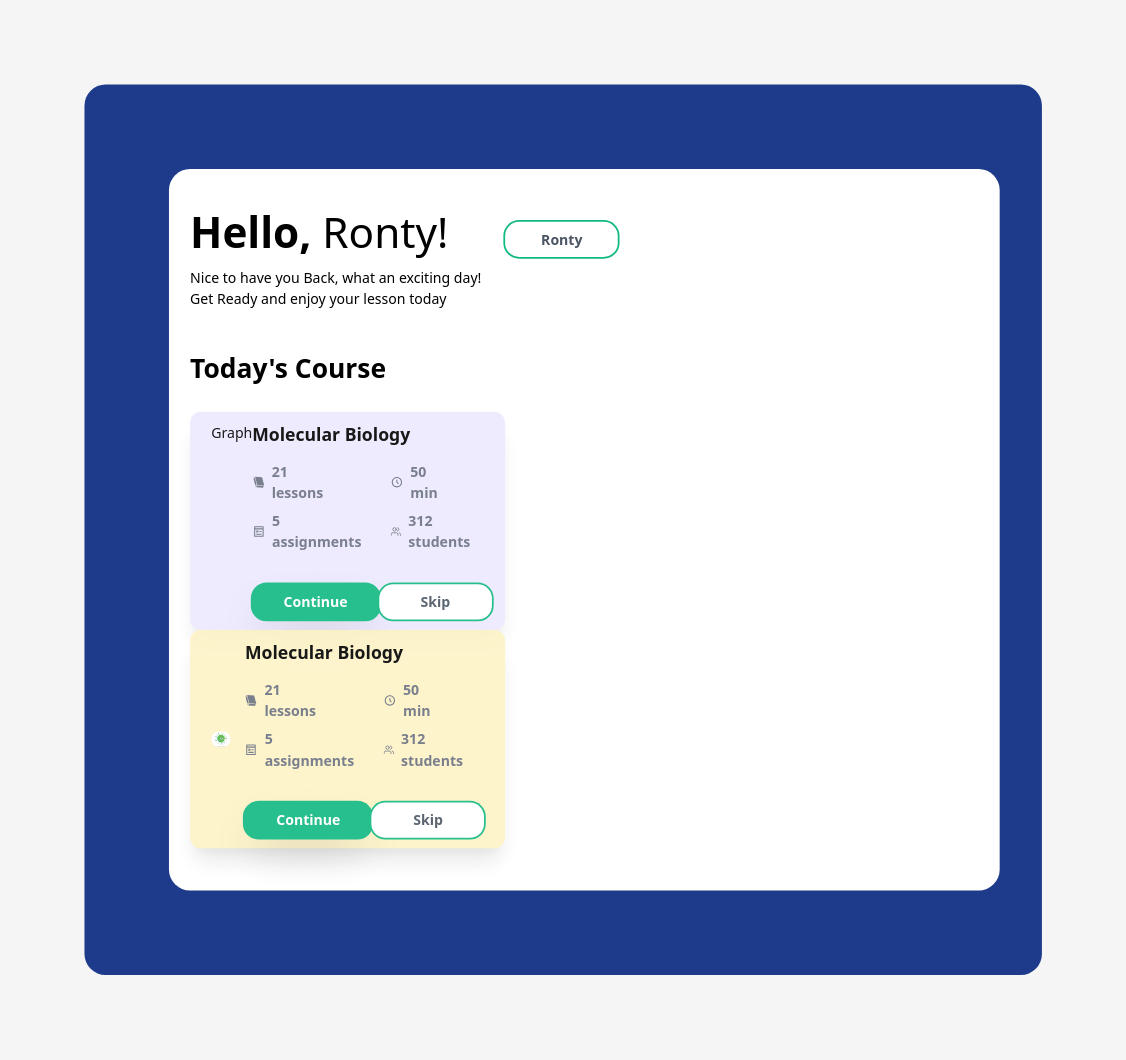
Repository: coolronts/Vite-Tailwind
Page: /
An editor plug-in stored every save of this project. The page is shown before and after the next save, followed by the edit.
The browser window is 1280 px wide. The pictures show the whole page, at 88% of full size.
The project was rebuilt for these pictures with package versions that can differ from the ones it lists, and the page was loaded fresh each time. Also part of the build but not shown: vite.config.js.

Above is the page before, as saved 2021-11-26 13:57:46.

After the next save:
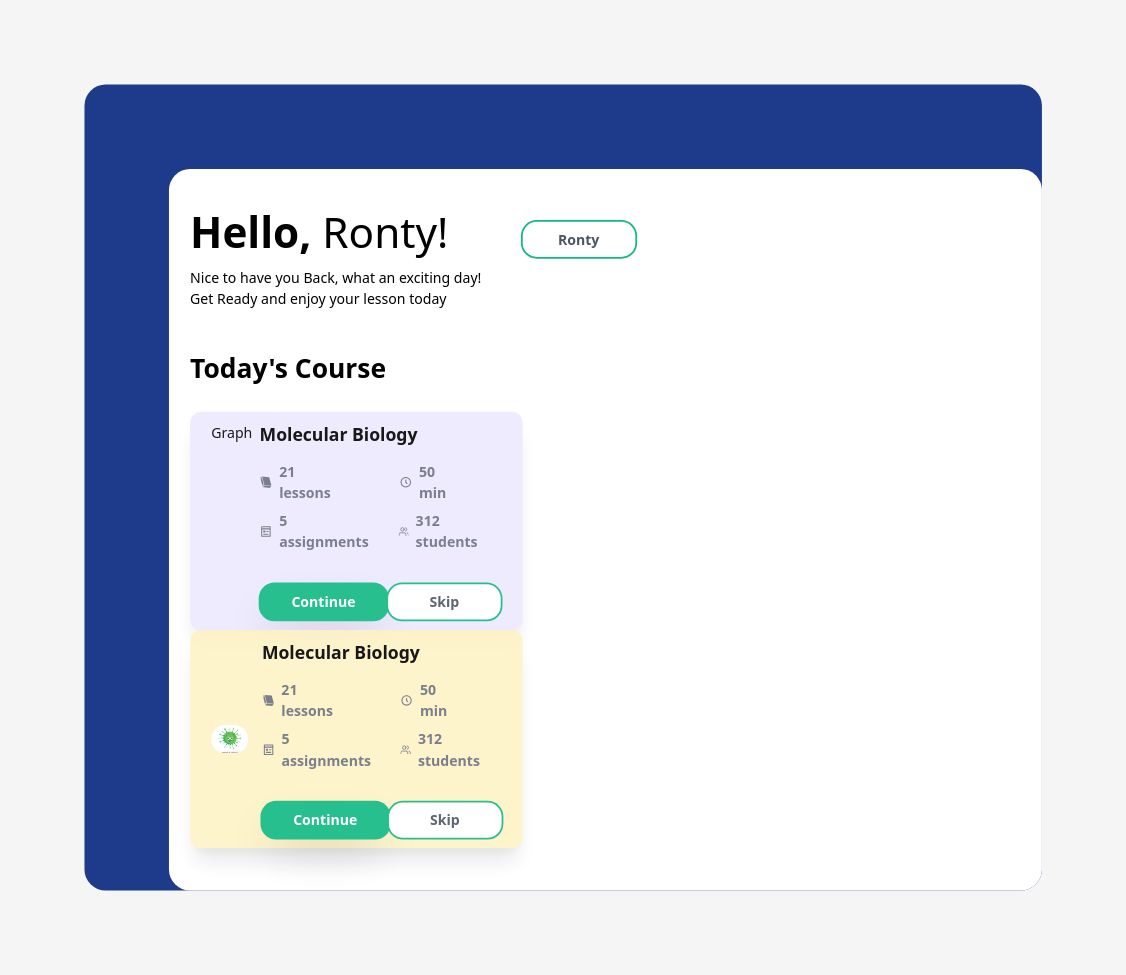
Saved 14 s later.
--- a/src/App.jsx
+++ b/src/App.jsx
@@ -12,7 +12,7 @@ function App() {
   return (
 
     <div className="App ">
-      <div className="p-12 pl-24 bg-blue-900 m-24 rounded-3xl">
+      <div className="pt-12 pl-24 bg-blue-900 m-24 rounded-3xl">
       <div className="bg-white my-12 rounded-3xl px-6 py-12">
       <SplitScreen leftWeight = 'w-2/5'>
         <div id="left">
